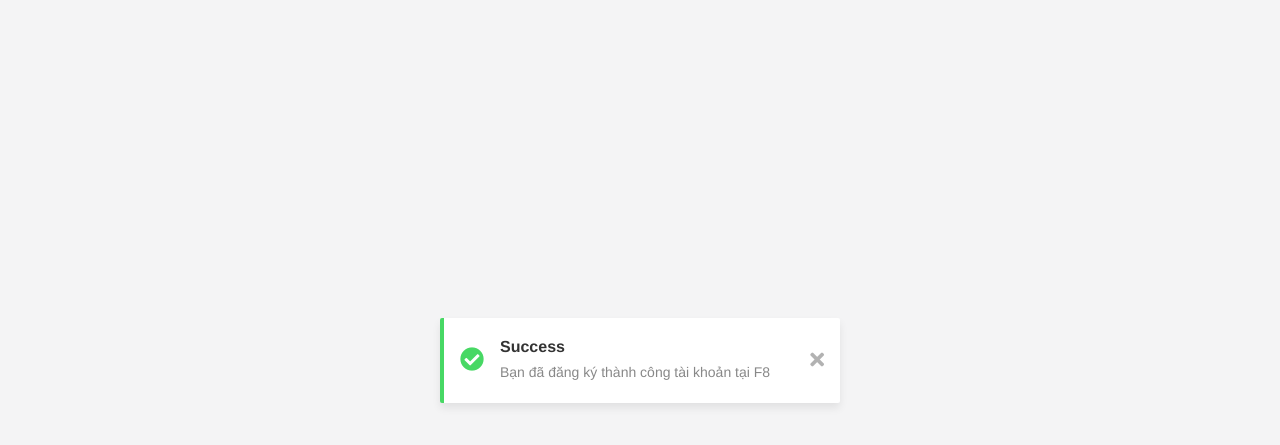
Repository: vuongtm1999/Toast_Message
Page: toast-message.html
The author's editor kept a copy of each file at every save. The page is drawn from the files as they stood at one save, then again after the next save.
The browser window is 1280 px wide. The pictures show the whole page.

Above is the page before, as saved 2022-09-01 12:56:37.

### toast-message.html
<!DOCTYPE html>
<html lang="en">
  <head>
    <meta charset="UTF-8" />
    <meta http-equiv="X-UA-Compatible" content="IE=edge" />
    <meta name="viewport" content="width=device-width, initial-scale=1.0" />
    <link
      rel="stylesheet"
      href="https://cdnjs.cloudflare.com/ajax/libs/font-awesome/5.15.1/css/all.min.css"
      integrity="sha512-+4zCK9k+qNFUR5X+cKL9EIR+ZOhtIloNl9GIKS57V1MyNsYpYcUrUeQc9vNfzsWfV28IaLL3i96P9sdNyeRssA=="
      crossorigin="anonymous"
    />
    <link rel="stylesheet" href="toast-message.css" />
    <script type="text/javascript" src="toast-message.js"></script>
    <title>Toast message</title>
  </head>
  <body>
    <div id="toast"></div>
    <div class="toast toast--success">
      <div class="toast__icon">
        <i class="fas fa-check-circle"></i>
      </div>
      <div class="toast__body">
        <h3 class="toast__title">Success</h3>
        <p class="toast__msg">Bạn đã đăng ký thành công tài khoản tại F8</p>
      </div>
      <div class="toast__close">
        <i class="fas fa-times"></i>
      </div>
    </div>

    <!-- <div class="toast toast--warning">
      <div class="toast__icon">
        <i class="fas fa-info-circle"></i>
      </div>
      <div class="toast__body">
        <h3 class="toast__title">Success</h3>
        <p class="toast__msg">Bạn đã đăng ký thành công tài khoản tại F8</p>
      </div>
      <div class="toast__close">
        <i class="fas fa-times"></i>
      </div>
    </div> -->

    <!--
    <div class="toast toast--error">
      <div class="toast__icon">
        <i class="fas fa-exclamation-circle"></i>
      </div>
      <div class="toast__body">
        <h3 class="toast__title">Success</h3>
        <p class="toast__msg">Bạn đã đăng ký thành công tài khoản tại F8</p>
      </div>
      <div class="toast__close">
        <i class="fas fa-times"></i>
      </div>
    </div>
    -->

    <!-- <div>
      <div onclick="showSuccessToast();" class="btn btn--success">
        Show success toast
      </div>
      <div onclick="showErrorToast();" class="btn btn--danger">
        Show error toast
      </div>
    </div> -->

    <script>
      function showSuccessToast() {
        toast({
          title: "Thành công!",
          message: "Bạn đã đăng ký thành công tài khoản tại F8.",
          type: "success",
          duration: 5000,
        });
      }

      function showErrorToast() {
        toast({
          title: "Thất bại!",
          message: "Có lỗi xảy ra, vui lòng liên hệ quản trị viên.",
          type: "error",
          duration: 5000,
        });
      }
    </script>
  </body>
</html>

### toast-message.css
* {
    padding: 0;
    margin: 0;
    box-sizing: border-box;
}

body {
    height: 100vh;
    display: flex;
    flex-direction: column;
    font-family: "Helvetica Neue";
    background-color: #f4f4f5;
}

body>div {
    margin: auto;
}

/* ======= Buttons ======== */

/* Block */
.btn {
    display: inline-block;
    text-decoration: none;
    background-color: transparent;
    border: none;
    outline: none;
    color: #fff;
    padding: 12px 48px;
    border-radius: 50px;
    cursor: pointer;
    min-width: 120px;
    transition: opacity 0.2s ease;
}

/* Modifier */
.btn--size-l {
    padding: 16px 56px;
}

.btn--size-s {
    padding: 8px 32px;
}

.btn:hover {
    opacity: 0.8;
}

.btn+.btn {
    margin-left: 16px;
}

.btn--success {
    background-color: #71be34;
}

.btn--warn {
    background-color: #ffb702;
}

.btn--danger {
    background-color: #ff623d;
}

.btn--disabled {
    opacity: 0.5 !important;
    cursor: default;
}

/* ======= Toast message ======== */

#toast {
    position: fixed;
    top: 32px;
    right: 32px;
    z-index: 999999;
}

.toast {
    display: flex;
    align-items: center;
    background-color: #fff;
    border-radius: 2px;
    padding: 20px 0;
    min-width: 400px;
    max-width: 450px;
    border-left: 4px solid;
    box-shadow: 0 5px 8px rgba(0, 0, 0, 0.08);
    /* transition: all linear 0.3s; */
}

/* @keyframes slideInLeft {
    from {
        opacity: 0;
        transform: translateX(calc(100% + 32px));
    }

    to {
        opacity: 1;
        transform: translateX(0);
    }
}

@keyframes fadeOut {
    to {
        opacity: 0;
    }
} */

.toast--success {
    border-color: #47d864;
}

.toast--success .toast__icon {
    color: #47d864;
}

.toast--info {
    border-color: #2f86eb;
}

.toast--info .toast__icon {
    color: #2f86eb;
}

.toast--warning {
    border-color: #ffc021;
}

.toast--warning .toast__icon {
    color: #ffc021;
}

.toast--error {
    border-color: #ff623d;
}

.toast--error .toast__icon {
    color: #ff623d;
}

.toast+.toast {
    margin-top: 24px;
}

.toast__icon {
    font-size: 24px;
}

.toast__icon,
.toast__close {
    padding: 0 16px;
}

.toast__body {
    flex-grow: 1;
}

.toast__title {
    font-size: 16px;
    font-weight: 600;
    color: #333;
}

.toast__msg {
    font-size: 14px;
    color: #888;
    margin-top: 6px;
    line-height: 1.5;
}

.toast__close {
    font-size: 20px;
    color: rgba(0, 0, 0, 0.3);
    cursor: pointer;
}

Loaded but not shown: toast-message.js (no stored copy; drawn as an empty file)

After the next save:
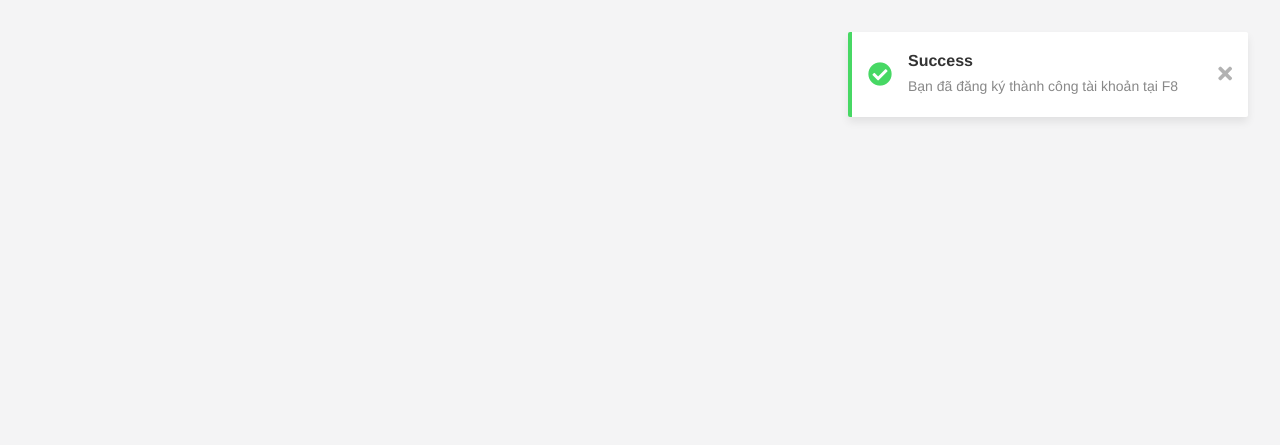
Saved 14 s later.
--- a/toast-message.html
+++ b/toast-message.html
@@ -15,8 +15,21 @@
     <title>Toast message</title>
   </head>
   <body>
-    <div id="toast"></div>
-    <div class="toast toast--success">
+    <div id="toast">
+        <div class="toast toast--success">
+            <div class="toast__icon">
+              <i class="fas fa-check-circle"></i>
+            </div>
+            <div class="toast__body">
+              <h3 class="toast__title">Success</h3>
+              <p class="toast__msg">Bạn đã đăng ký thành công tài khoản tại F8</p>
+            </div>
+            <div class="toast__close">
+              <i class="fas fa-times"></i>
+            </div>
+          </div>
+    </div>
+    <!-- <div class="toast toast--success">
       <div class="toast__icon">
         <i class="fas fa-check-circle"></i>
       </div>
@@ -27,7 +40,7 @@
       <div class="toast__close">
         <i class="fas fa-times"></i>
       </div>
-    </div>
+    </div> -->
 
     <!-- <div class="toast toast--warning">
       <div class="toast__icon">
